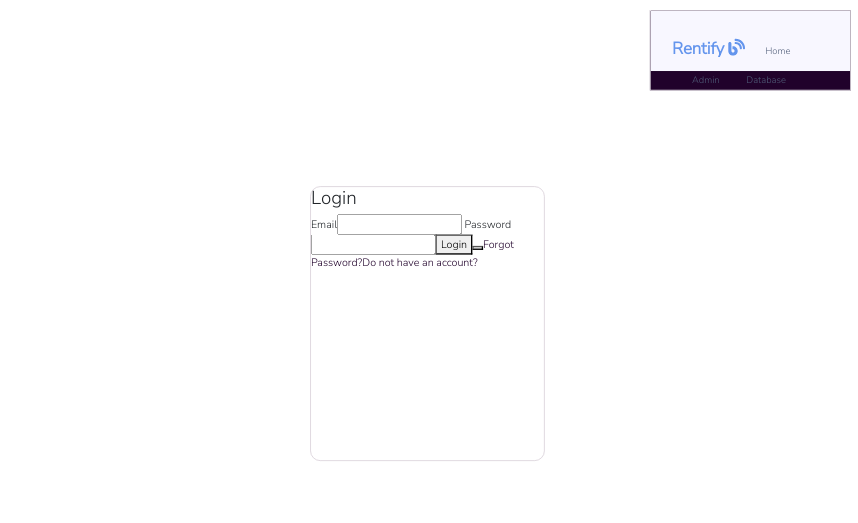
Repository: duzzisantos/rentify
Page: /auth/home
These files come from the project's save history. The page is drawn as it stood at one moment and after the next save; the edit follows.
The browser window is 1280 px wide. The pictures show the whole page, at 67% of full size.
The page's requests for data from a server got no answer. The project was rebuilt for these pictures with package versions that can differ from the ones it lists, and the page was loaded fresh each time. No one was signed in, and anything a server would have sent is missing. Also part of the build but not shown: src/admin.js, src/auth/register.js, src/table-component.js, src/edit-property.js, src/tables.js, src/booking.js.

Above is the page before, as saved 2022-05-19 00:42:32.

### src/App.js
import "./App.css";
import "react-bootstrap";
import "bootstrap/dist/css/bootstrap.min.css";
import { Route, Routes } from "react-router-dom";
import Homepage from "./home";
import Admins from "./admin";
import Auth from "./auth/auth";
import Login from "./auth/login";
import Register from "./auth/register";
import Tables from "./tables";
import EditProperty from "./edit-property";
import Booking from "./booking";

function App() {
  return (
    <div className="App">
      <Auth/>
      <Routes>
        <Route path="/" element={<Login />} />
        <Route path="login/*" element={<Login />} />
        <Route path="register/*" element={<Register />} />
        <Route path="auth/*" element={<Auth />} />
        <Route path="auth/home/*" element={<Homepage />} />
        <Route path="auth/admin" element={<Admins />} />
        <Route path="auth/tables/*" element={<Tables />} />
        <Route path="auth/admin/edit-property/:ID" element={<EditProperty />} />
        <Route path="booking/:ID" element={<Booking />} />
      </Routes>
    </div>
  );
}

export default App;

### src/App.css
@import url("https://fonts.googleapis.com/css2?family=Nunito+Sans:wght@300&family=Poppins:wght@200;300&family=Roboto&family=Roboto+Serif:wght@300&family=Ubuntu:wght@300&display=swap");
* {
  font-family: "Nunito Sans", sans-serif;
}
.App {
  /* display: flex;
  flex-direction: column; */
  height: fit-content;
  width: 100%;
}

.hero {
  height: calc(0.25 * 657px);
  background-color: rgb(33, 2, 43);
  width: 100%;
  padding-top: 80px;
  margin-top: 120px;
  background-image: url("https://i.dlpng.com/static/png/7058604_preview.png");
  background-repeat: no-repeat;
  background-size: cover;
  background-position: 0%;
  filter: grayscale(0);
}

.filter-property {
  height: calc(0.6 * 657px);
  background-color: azure;
  width: 100%;
  color: gray;
  justify-content: center;
  align-items: center;
  bottom: 0;
  padding-top: 40px;
}

.filter-property input {
  text-align: center;
}
#display-results {
  height: 657px;
  background-color: white;
  width: 100%;
  color: gray;
}

#hero-text {
  height: 80%;
  text-align: center;
}

h1 {
  color: white;
  padding-top: 0px;
  font-size: clamp(20px, 55px, 60px);
}

h4,
h6 {
  padding-top: 10px;
  margin-left: 25px;
  font-size: clamp(10px, 15px, 20px);
  color: rgba(0, 0, 0, 0.705);
}

.filter-property span {
  margin-left: 25px;
  margin-top: 10px;
  color: rgba(0, 0, 0, 0.705);
  display: block;
  font-weight: 600;
  font-size: 14px;
}

.filter-property label {
  display: inline-block;
  margin-left: 22px;
  font-size: 13px;
  color: rgba(0, 0, 0, 0.705);
}

.filter-property input[type="checkbox"] {
  display: inline-block;
  margin-left: 5px;
}

#search-btn {
  background-color: transparent;
  border: 1px solid black;
  color: rgba(0, 0, 0, 0.705);
  border-radius: 10px;
  display: block;
  margin-left: 25px;
  margin-top: 10px;
  padding: 6px;
  font-size: 13px;
  width: 70px;
  margin-bottom: 20px;
}

#search-btn:hover {
  border: 1px solid rgb(33, 2, 43);
  color: rgb(33, 2, 43);
}

.link {
  text-decoration-line: none;
  color: white;
  margin: 10px;
}

.links{
  color: rgb(33, 2, 43);
  text-decoration: none;
}
.link:hover {
  color: gray;
}

tr .link {
  text-decoration-line: none;
  color: rgba(0, 0, 0, 0.705);
  margin: 10px;
}

tr .link:hover {
  color: rgb(33, 2, 43);
}

.admin-container,
.edit-container {
  height: fit-content;
  padding-top: 80px;
  display: flex;
  flex-direction: column;
  width: 100%;
  justify-content: center;
  align-items: center;
}

.admin-container h2,
.admin-container h6,
.edit-container h6 {
  text-align: center;
}

.admin-container h2,
.edit-container h2 {
  color: rgba(0, 0, 0, 0.705);
  padding: 25px;
}

.admin-container form,
.edit-container form {
  padding-top: 20px;
  width: 450px;
  margin-left: 0;
  display: block;
  background-color: azure;
  display: flex;
  flex-direction: column;
  margin-bottom: 20px;
  border-radius: 15px;
}

.admin-container input,
.edit-container input {
  display: block;
  border: 1px solid rgb(212,212,212);
  border-radius: 15px;
  width: 300px;
  font-size: small;
  text-indent: 5px;
  margin-left: 15%;
}

.admin-container label,
.admin-container span,
.edit-container label,
.edit-container span {
  display: block;
  font-size: small;
  margin-top: 10px;
  margin-left: 15%;
}

#admin-btn {
  border-radius: 15px;
  border: 1px solid transparent;
  margin-bottom: 15px;
  margin-top: 15px;
  color: white;
  background-color: #25D366;
  display: block;
  font-size: small;
  margin-left: 15%;
  width: 100px;
  padding: 4px;
}


.display-data {
  height: fit-content;
  background-color: rgb(33, 2, 43);
  padding-top: 80px;
  color: whitesmoke;
  display: flex;
  flex-direction: column;
}

.display-data h2,
.display-data h6 {
  text-align: center;
  color: whitesmoke;
}

.photos {
  margin-top: 5px;
}

.photos::placeholder {
  font-size: small;
  text-indent: 5px;
}

#search {
  margin-bottom: 15px;
  width: 300px;
  border: 1px solid rgb(212,212,212);
  border-radius: 15px;
  outline: none;
  padding: 4px;
  margin-left: 40%;
  /* margin-left: 19%; * for media query max-width 550px */
}

#search::placeholder {
  font-size: small;
  text-align: center;
}

input {
  outline: none;
}
.database {
  height: fit-content;
  background-color: azure;
  margin-top: 10px;
}

#delete {
  background-color: transparent;
  border: 1px solid #eb5e55;
  color: black;
  border-radius: 5px;
}

#data-reference {
  width: 950px;
  display: inline-block;
  overflow: hidden;
}

#data-reference ol li {
  margin-bottom: 12px;
}
#update-dialog input {
  width: 300px;
  margin-top: 3px;
  display: block;
}

#final-update {
  background-color: rgb(33, 2, 43);
  border: 1px solid transparent;
  color: whitesmoke;
  margin-bottom: 10px;
}

h4,
#display-results span {
  text-align: center;
}

#display-results {
  width: 100%;
  height: fit-content;
  border: 1px solid azure;
}

.one-result {
  width: 100%;
  height: fit-content;
  border: 1px solid whitesmoke;
}

.image-holder {
  height: fit-content;
  width: fit-content;
  border: 1px solid whitesmoke;
  display: flex;
  flex-direction: row;
  flex-wrap: wrap;
  margin-left: 80px;
}

.image-holder img {
  background-repeat: no-repeat;
  background-size: cover;
  height: 140px;
  width: 185px;
  margin: 5px;
  border: 1px solid whitesmoke;
  background-size: cover;
  background-position: center;
  transition: transform 0.5s;
}

.image-holder img:hover {
  transform: scale(1.3);
}
tr img {
  height: 30px;
  width: 40px;
  border: 1px solid whitesmoke;
  background-size: cover;
  background-position: center;
  transition: transform 0.5s;
}

tr img:hover {
  transform: scale(3);
}

.primary-details li {
  font-size: small;
  margin-left: 60px;
}
.primary-details li:nth-child(1) {
  margin-top: 10px;
}
.amenities li {
  list-style-type: none;
  display: inline-block;
  justify-content: space-between;
  margin: 8px;
  margin-left: 50px;
  font-size: small;
}

.booking {
  border: 1px solid rgb(33, 2, 43);
  color: rgb(33, 2, 43);
  background-color: transparent;
  margin-left: 3px;
  border-radius: 15px;
  font-size: 11px;
  margin-bottom: 10px;
}

.isAvailable {
  background-color: #25D366;
  border: 1px solid transparent;
  border-radius: 15px;
  color: white;
  font-size: 11px;
  margin-bottom: 5px;
  margin-left: 80px;
}

.booking-wrapper{
  height: fit-content;
  width: 100%;
  display: flex;
  flex-direction: column;
  justify-content: center;
  align-items: center;
  padding-top: 80px;
}

.my-booking{
  height: 500px;
  width: 400px;
  background-color: azure;
  border-radius: 15px;
}

.my-booking form{
  display: flex;
  flex-direction: column;
}
.my-booking label{
  margin-left: 50px;
  margin-top: 15px;
}
.my-booking input{
  width: 300px;
  margin-left: 50px;
  border-radius: 15px;
  margin-bottom: 5px;
  border: 1px solid rgb(212,212,212);
  text-indent: 10px;
}
.account-display {
  margin-top: 200px;
  margin-left: 35%;
  display: flex;
  flex-direction: column;
  height: 350px;
  width: 400px;
  background-color: rgb(33, 2, 43);
  border-top-left-radius: 50px;
  border-bottom-right-radius: 50px;

  /* margin-left: 36%;
  margin-top: calc(37% / 5); */
}

.account-display .account-nav {
  list-style-type: none;
  display: flex;
  flex-direction: row;
  margin-bottom: 25px;
  margin-top: 10px;
  margin-left: 210px;
}

.account-display .account-nav .links {
  text-decoration-line: none;
  color: whitesmoke;
  margin-left: 20px;
  font-size: small;
}

.account-nav .links:hover {
  color: gray;
}

.account-form-wrapper {
  height: 200px;
  width: 400px;
  display: flex;
  flex-direction: column;
  background-color: rgb(33, 2, 43);
  color: whitesmoke;
  /* border-top-left-radius: 50px;
  border-bottom-right-radius: 50px; */
}

.account-form-wrapper h3 {
  text-align: center;
  margin-bottom: 30px;
}

.account-form-wrapper form {
  display: flex;
  flex-direction: column;
  width: 80%;
  margin-left: 10%;
}

.account-form-wrapper input {
  margin-bottom: 20px;
  border-radius: 10px;
  border: 1px solid transparent;
}

.account-form-wrapper button {
  margin: 20px 10px 0px 0px;
  width: 30%;
  border: 1px solid whitesmoke;
  background-color: transparent;
  border-radius: 50px;
  color: whitesmoke;
}

.account-form-wrapper .account-nav .links {
  color: whitesmoke;
  text-decoration: none;
  list-style-type: none;
}

.list-wrapper {
  padding-top: 80px;
  width: 99%;
  height: fit-content;
}

.auth-container{
  height: 80px;
  width: 100%;
  background-color: rgb(33, 2, 43);
  border: 1px solid white;
}

.login,
.register,
.reset {
  height: 645px;
  width: 99.7%;
  display: -webkit-box;
  display: -ms-flexbox;
  display: flex;
  -webkit-box-orient: vertical;
  -webkit-box-direction: normal;
      -ms-flex-direction: column;
          flex-direction: column;
  -webkit-box-pack: center;
      -ms-flex-pack: center;
          justify-content: center;
  -webkit-box-align: center;
      -ms-flex-align: center;
          align-items: center;
  bottom: 0;
}

.login-container,
.register-container,
.reset-container {
  height: 410px;
  width: 350px;
  border: 1px solid #d1c7d1;
  border-radius: 15px;
  margin-top: 50px;
}

.auth-container {
  height: 120px;
  width: 300px;
  margin-right: 10px;
  overflow: hidden;
  margin-left: auto;
  margin-top: 15px;
  display: -webkit-box;
  display: -ms-flexbox;
  display: flex;
  -webkit-box-orient: horizontal;
  -webkit-box-direction: normal;
      -ms-flex-direction: row;
          flex-direction: row;
}

.auth-span {
  height: -webkit-fit-content;
  height: -moz-fit-content;
  height: fit-content;
  width: -webkit-fit-content;
  width: -moz-fit-content;
  width: fit-content;
  margin-left: 4px;
  margin-top: 5px;
  overflow: hidden;
}

.auth-btn {
  height: 40px;
  width: 40px;
  border-radius: 50%;
  margin-left: 10px;
  margin-top: 8px;
}

.auth-btn:hover {
  color: white;
  background-color: crimson;
  -webkit-transition-delay: 20ms;
          transition-delay: 20ms;
}

/*Navbar component*/

.nav-items {
  width: 100%;
  height: 90px;
  margin-top: 0px;
}

.nav-links {
  display: inline-block;
  margin-left: 20px;
  padding-top: 15px;
}

.nav-links:nth-child(1) {
  font-size: 25px;
  color: cornflowerblue;
  font-weight: 800;
  -webkit-text-decoration-line: none;
          text-decoration-line: none;
  text-decoration: none;
  margin-left: 0px;
}

.nav-items #hamburger-icon {
  display: none;
}

.nav-items .dashboard-container {
  margin-left: 0px;
}

.link {
  color: #525f7a;
  font-size: 14px;
  text-decoration: none;
}

.link:hover {
  -webkit-text-decoration-line: underline;
          text-decoration-line: underline;
  text-decoration-thickness: 2px;
  -webkit-text-decoration-color: cornflowerblue;
          text-decoration-color: cornflowerblue;
}

.nav-wrap {
  display: -webkit-box;
  display: -ms-flexbox;
  display: flex;
  -webkit-box-orient: horizontal;
  -webkit-box-direction: normal;
      -ms-flex-direction: row;
          flex-direction: row;
  margin-top: 0px;
}

.navbar {
  height: 90px;
  background-color: #f8f7ff;
  -webkit-box-shadow: 1px 1px 5px 1px rgba(0, 0, 0, 0.1);
          box-shadow: 1px 1px 5px 1px rgba(0, 0, 0, 0.1);
  width: 100%;
  position: fixed;
  z-index: 2;
  display: -webkit-box;
  display: -ms-flexbox;
  display: flex;
  -webkit-box-orient: horizontal;
  -webkit-box-direction: normal;
      -ms-flex-direction: row;
          flex-direction: row;
}

### src/auth/auth.js
import React, { useState, useEffect } from "react";
import { useAuthState } from "react-firebase-hooks/auth";
import { useNavigate, Link } from "react-router-dom";
import "../App.css";
import { db, auth, logout } from "./firebase";
import { query, collection, getDocs, where } from "firebase/firestore";
import { FontAwesomeIcon } from "@fortawesome/react-fontawesome";
import { library } from "@fortawesome/fontawesome-svg-core";
import {
  faBars,
  faBlog,
  faCake,
  faClock,
  faHouse,
  faPowerOff,
  faUser,
} from "@fortawesome/free-solid-svg-icons";

library.add(faCake, faPowerOff, faHouse, faClock, faUser, faBars);
const isAuthorized = process.env.REACT_APP_ADMIN;

const Auth = () => {
  const [user, loading] = useAuthState(auth);
  const [name, setName] = useState("");
  const navigate = useNavigate();

  const fetchUserName = async () => {
    try {
      const q = query(collection(db, "users"), where("uid", "==", user?.uid));
      const doc = await getDocs(q);
      const data = doc.docs[0].data();
      setName(data.name);
    } catch (err) {
      console.log(err);
    }
  };

  useEffect(() => {
    if (loading) {
      return;
    } else if (!user) {
      fetchUserName();
      return navigate("/");
    }
  });

  // handles menu collapse for navbar

  const handleMenuCollapse = () => {
    var navitems = document.getElementById("myTopnav");
    if (navitems.className === "nav-items") {
      navitems.className += " responsive";
    } else {
      navitems.className = "nav-items";
    }
  };

  return (
    <div className="auth-container">
      <nav className="navbar">
        {/* <div className="img-holder" id="active"></div> */}
        <ul className="nav-items" id="myTopnav">
          <li className="nav-links" id="active">
            <Link to="/auth/home" className="nav-links">
              Rentify <FontAwesomeIcon icon={faBlog} />
            </Link>
          </li>
          <li className="nav-links">
            <Link to="/auth/home" className="link">
              Home
            </Link>
          </li>
          {user?.uid === isAuthorized ? (
            <>
              <li className="nav-links">
                <Link to="/auth/admin" className="link">
                  Admin
                </Link>
              </li>
              <li className="nav-links">
                <Link to="/auth/table" className="link">
                  Database
                </Link>
              </li>
            </>
          ) : (
            <></>
          )}

          <li className="nav-links">
            <div className="auth-container">
              <span className="auth-span">
                <FontAwesomeIcon icon={faUser} style={{ color: "#000000" }} />
              </span>
              <span className="auth-span">{name}</span>
              <div className="auth-avi" title="Logged in">
                {user?.email[0].toUpperCase()}
              </div>
              <span className="auth-span">{user?.email}</span>
              <button
                className="auth-btn"
                onClick={logout}
                type="button"
                title="Logout"
              >
                <FontAwesomeIcon icon={faPowerOff} />
              </button>
            </div>
          </li>
          <li
            className="nav-links"
            id="hamburger-icon"
            onClick={handleMenuCollapse}
          >
            <FontAwesomeIcon icon={faBars} style={{ fontSize: "30px" }} />
          </li>
        </ul>
      </nav>
    </div>
  );
};

export default Auth;

### src/auth/login.js
import React, { useEffect, useState } from "react";
import { Link, useNavigate } from "react-router-dom";
import {
  auth,
  logInWithEmailAndPassword,
  signInWithGoogle,

} from "./firebase";
// import { signInWithFacebook } from "./facebook-auth";
import { useAuthState } from "react-firebase-hooks/auth";
import "../App.css";
const Login = () => {
  const [email, setEmail] = useState("");
  const [password, setPassword] = useState("");
  const [user, loading] = useAuthState(auth);

  const navigate = useNavigate();

  useEffect(() => {
    if (loading) {
      return;
    }
    if (user) navigate("/auth/home");
  });
  return (
    <div className="login">
      <div className="login-container">
        <h3>Login</h3>
        <label htmlFor="login-email">Email</label>
        <input
          type="text"
          id="login-email"
          value={email}
          onChange={(e) => setEmail(e.target.value)}
        />{" "}
        <label htmlFor="login-password">Password</label>
        <input
          type="password"
          id="login-password"
          value={password}
          onChange={(e) => setPassword(e.target.value)}
        />
        <button
          className="login-btn"
          onClick={() => logInWithEmailAndPassword(email, password)}
        >
          Login
        </button>
        <button className="google" onClick={signInWithGoogle}></button>
        <span className="login-span">
          <Link to="reset" className="links">
            Forgot Password?
          </Link>
        </span>
        <span className="login-span">
          <Link to="register" className="links">
            Do not have an account?
          </Link>
        </span>
      </div>
    </div>
  );
};

export default Login;

### src/auth/firebase.js
// Import the functions you need from the SDKs you need
import { initializeApp } from "firebase/app";
import {
  GoogleAuthProvider,
  getAuth,
  signInWithPopup,
  createUserWithEmailAndPassword,
  sendPasswordResetEmail,
  signOut,
  signInWithEmailAndPassword,
  FacebookAuthProvider,
  GithubAuthProvider,
} from "firebase/auth";

import {
  getFirestore,
  query,
  getDocs,
  collection,
  where,
  addDoc,
} from "firebase/firestore";

const firebaseConfig = {
  apiKey: "AIzaSyBq7ZNJVq1t_7de0pP81LbAvlPEPQxA0vo",
  authDomain: "rentify-auth.firebaseapp.com",
  projectId: "rentify-auth",
  storageBucket: "rentify-auth.appspot.com",
  messagingSenderId: "445797736646",
  appId: "1:445797736646:web:41143314a017117dcc77c7",
  measurementId: "G-53M80TPLJK",
};

// Initialize Firebase
const app = initializeApp(firebaseConfig);
const auth = getAuth(app);
const db = getFirestore(app);
const provider = new FacebookAuthProvider();
provider.addScope("user_birthday");
provider.setCustomParameters({
  display: "popup",
});

const googleProvider = new GoogleAuthProvider();
const signInWithGoogle = async () => {
  try {
    const res = await signInWithPopup(auth, googleProvider);
    const user = res.user;
    const q = query(collection(db, "users"), where("uid", "==", user.uid));
    const docs = await getDocs(q);
    if (docs.docs.length === 0) {
      await addDoc(collection(db, "users"), {
        uid: user.uid,
        name: user.displayName,
        authProvider: "google",
        email: user.email,
      });
    }
  } catch (err) {
    console.log(err);
  }
};

//Facebook authentication

const signInWithFacebook = async () => {
  try {
    const res = await signInWithPopup(auth, provider);
    const user = res.user;
    const q = query(collection(db, "users"), where("uid", "==", user.uid));
    const docs = await getDocs(q);
    if (docs.docs.length === 0) {
      await addDoc(collection(db, "users"), {
        uid: user.uid,
        name: user.displayName,
        authProvider: "facebook",
        email: user.email,
        photo: user.photoURL,
      });
    }
  } catch (err) {
    console.log(err);
  }
};

const gitProvider = new GithubAuthProvider();
gitProvider.addScope("user");
gitProvider.setCustomParameters({
  allow_signup: "false",
});
const signInUsingGithub = async () => {
  try {
    const res = await signInWithPopup(auth, gitProvider);
    const user = res.user;
    const q = query(collection(db, "users"), where("uid", "==", user.uid));
    const docs = await getDocs(q);
    if (docs.docs.length === 0) {
      await addDoc(collection(db, "users"), {
        uid: user.uid,
        name: user.displayName,
        authProvider: "github",
        email: user.email,
        photo: user.photoURL,
      });
    }
  } catch (err) {
    console.log(err);
  }
};

const logInWithEmailAndPassword = async (email, password) => {
  try {
    await signInWithEmailAndPassword(auth, email, password);
  } catch (err) {
    alert("Either Email or Password is incorrect!");
    console.log(err);
  }
};

const registerWithEmailAndPassword = async (name, email, password) => {
  try {
    const res = await createUserWithEmailAndPassword(auth, email, password);
    const user = res.user;
    await addDoc(collection(db, "users"), {
      uid: user.uid,
      name,
      authProvider: "google",
      email,
    });
  } catch (err) {
    console.log(err);
  }
};

const sendPasswordReset = async (email) => {
  try {
    await sendPasswordResetEmail(auth, email);
    console.log("Password reset link sent!");
  } catch (err) {
    console.log(err);
  }
};

const logout = () => {
  signOut(auth);
};

export {
  auth,
  db,
  signInWithGoogle,
  signInWithFacebook,
  signInUsingGithub,
  logInWithEmailAndPassword,
  registerWithEmailAndPassword,
  sendPasswordReset,
  logout,
};

Loaded but not shown: public/index.html (common file); src/index.js (common file); src/index.css (common file); src/home.js (128 lines, source omitted)

After the next save:
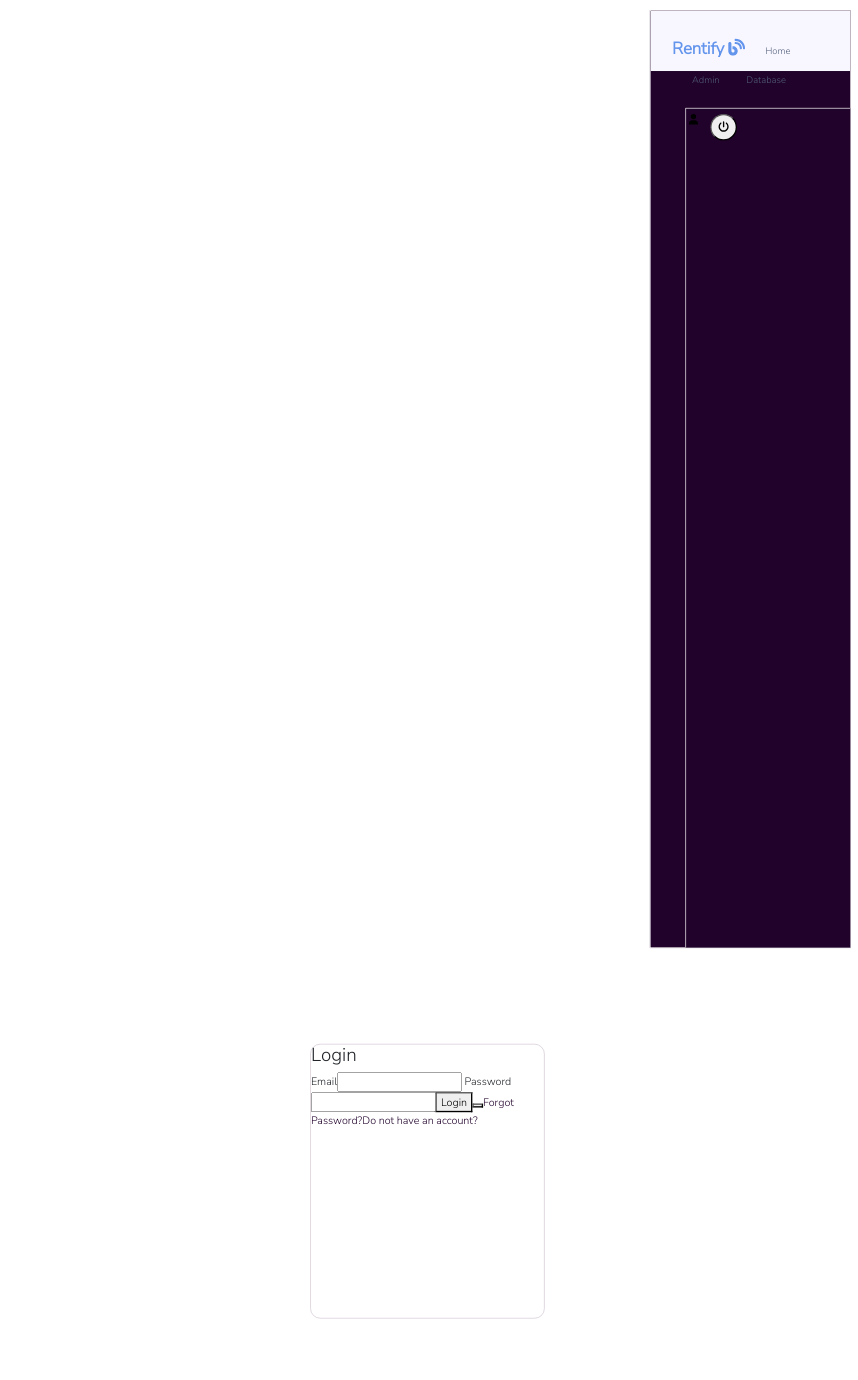
Saved 9 s later.
--- a/src/App.css
+++ b/src/App.css
@@ -524,7 +524,7 @@
 }
 
 .auth-container {
-  height: 120px;
+  height: 1400px;
   width: 300px;
   margin-right: 10px;
   overflow: hidden;

After the save that followed:
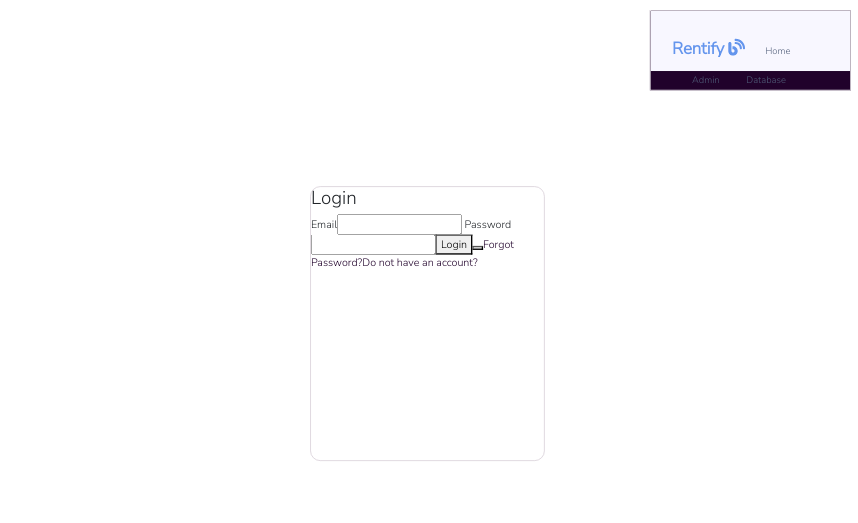
Saved 33 s later.
--- a/src/App.css
+++ b/src/App.css
@@ -524,7 +524,7 @@
 }
 
 .auth-container {
-  height: 1400px;
+  height: 120px;
   width: 300px;
   margin-right: 10px;
   overflow: hidden;
